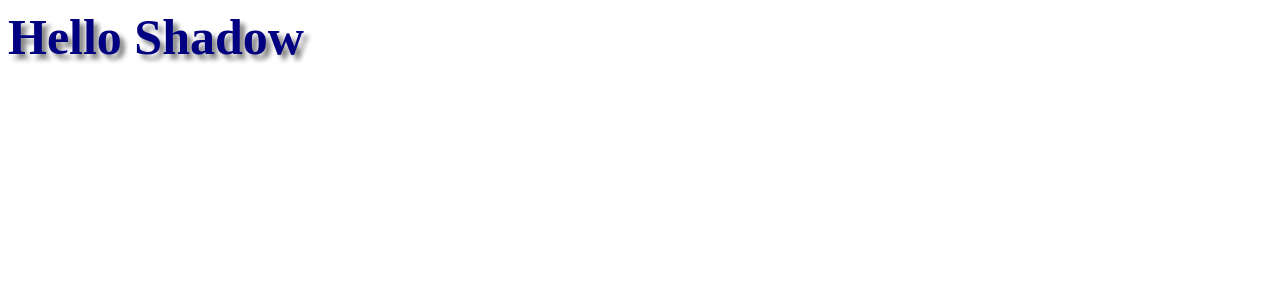
Repository: lixinso/html5
Page: workspace/CSS3/WebContent/text_styles/text-local-font.html
The author's editor kept a copy of each file at every save. The page is drawn from the files as they stood at one save, then again after the next save.
The browser window is 1280 px wide. The pictures show the whole page.

Above is the page before, as saved 2011-05-28 00:24:59.

After the next save:
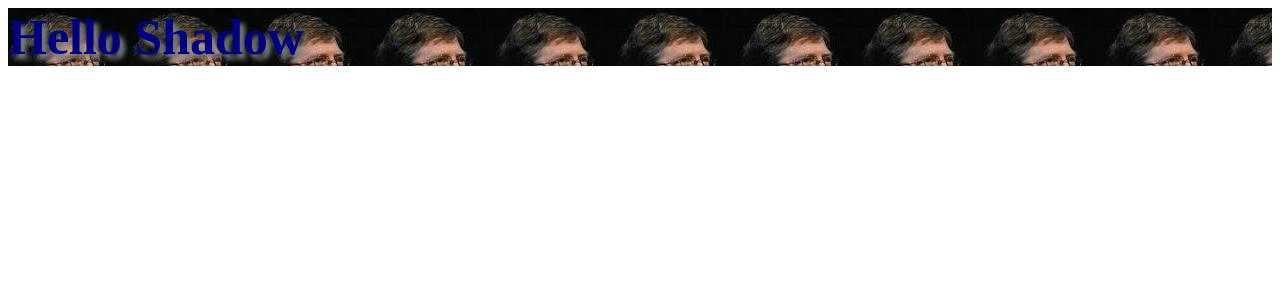
Saved 2 min 29 s later.
--- a/workspace/CSS3/WebContent/text_styles/text-local-font.html
+++ b/workspace/CSS3/WebContent/text_styles/text-local-font.html
@@ -11,6 +11,7 @@
 		font-size: 50px;
 		font-weight: bold;
 		font-family: "Time New Romans";
+		background-image: url(../images/bill2.jpg)
 	}
 </style>
 </head>
